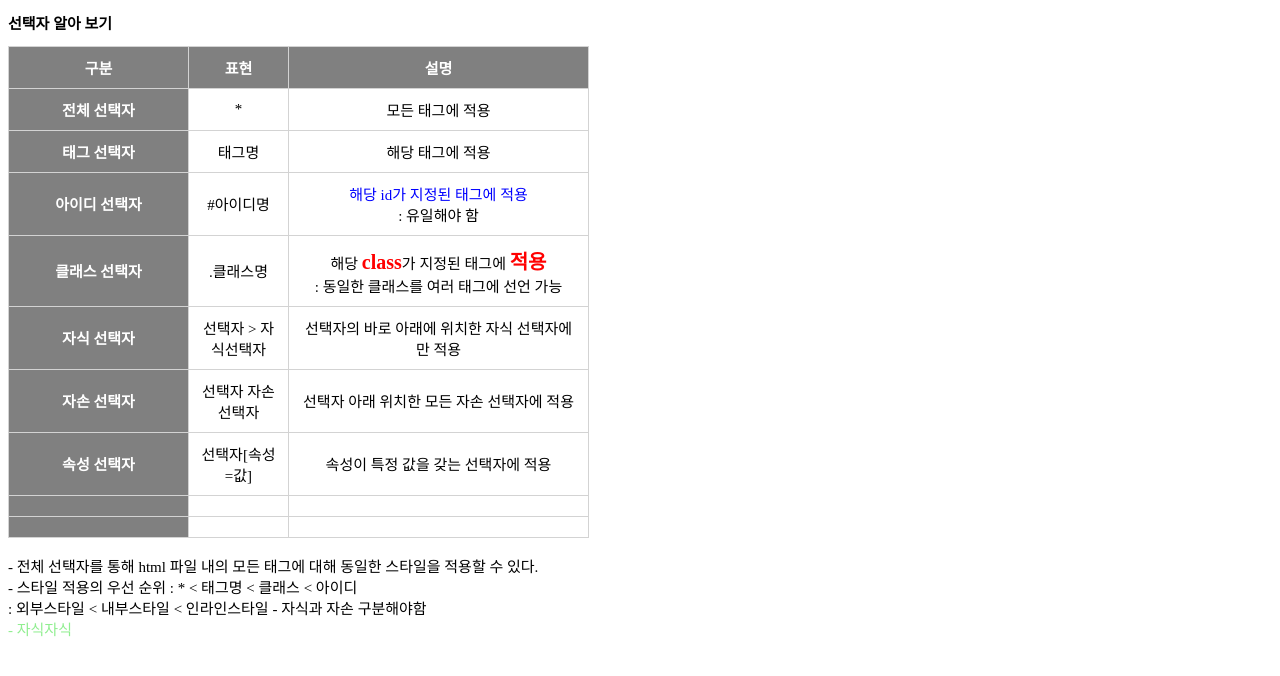
Repository: itkezi/HTML_2022_505
Page: Web/WebContent/style/selector.html
These files come from the project's save history. The page is drawn as it stood at one moment and after the next save; the edit follows.
The browser window is 1280 px wide. The pictures show the whole page.

Above is the page before, as saved 2022-03-23 05:24:16.

After the next save:
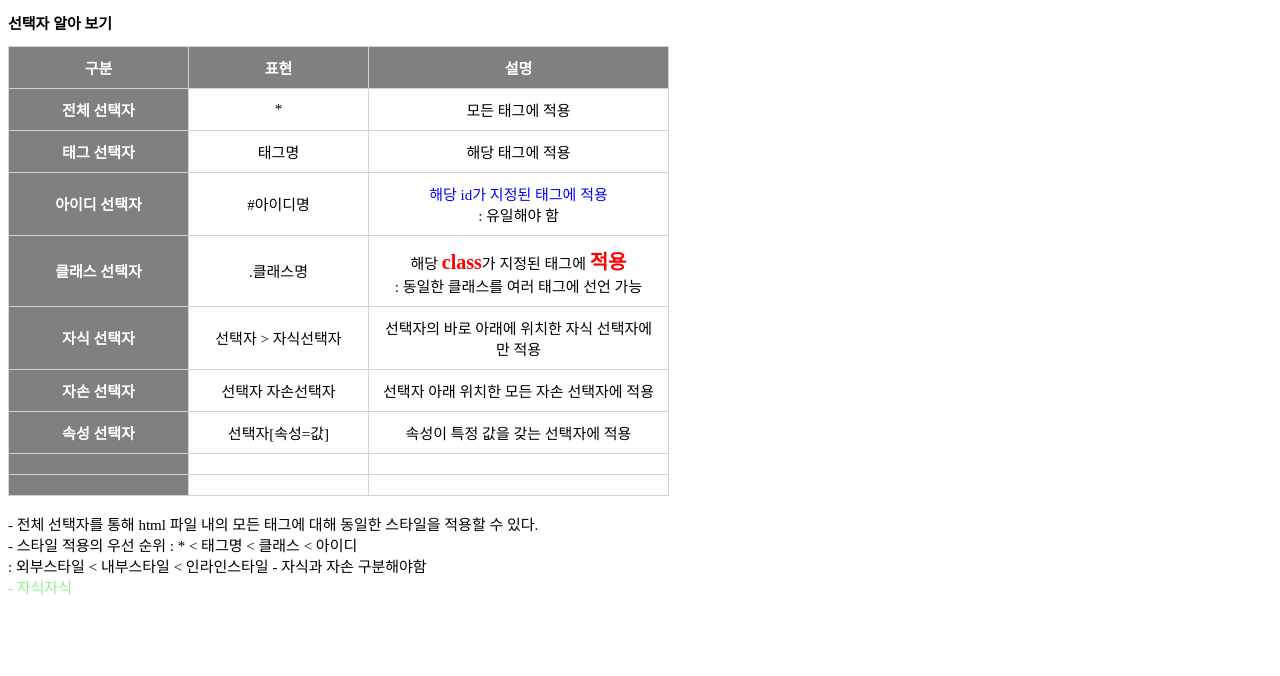
Saved 22 s later.
--- a/Web/WebContent/style/selector.html
+++ b/Web/WebContent/style/selector.html
@@ -26,7 +26,7 @@ body span {}
 <tbody>
 	<colgroup>
 		<col width='180px'>
-		<col width='100px'>
+		<col width='180px'>
 		<col width='300px'>
 	</colgroup>
 	<tr>
